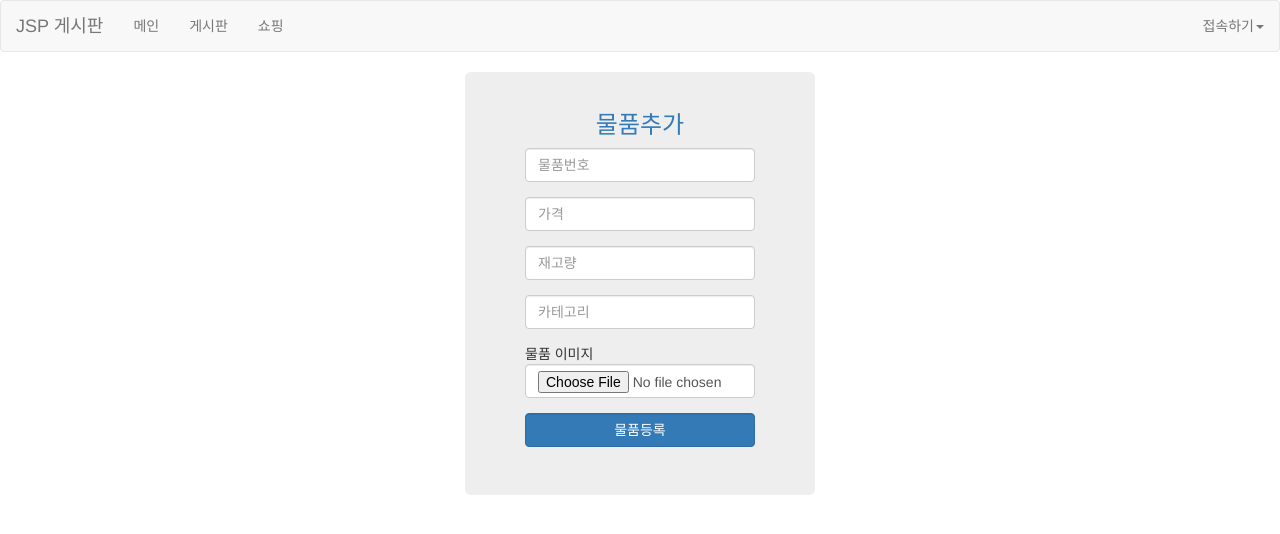
Repository: kingkingburger/webproject
Page: http://localhost/BBS/upload.jsp
An editor plug-in stored every save of this project. The page is shown before and after the next save, followed by the edit.
The browser window is 1280 px wide. The pictures show the whole page.
Some web libraries are served in a nearby version. The page is served by Tomcat 9. Other server files are loaded and not shown.

Above is the page before, as saved 2020-11-25 07:19:29.

### BBS/WebContent/upload.jsp
<%@ page language="java" contentType="text/html; charset=UTF-8"

	pageEncoding="UTF-8"%>

<!DOCTYPE html>

<html>

<head>

<meta http-equiv="Content-Type" content="text/html; charset=UTF-8">

<!-- 뷰포트 -->

<meta name="viewport" content="width=device-width" initial-scale="1">

<!-- 스타일시트 참조  -->

<link rel="stylesheet" href="css/bootstrap.min.css">

<title>jsp 게시판 웹사이트</title>

</head>

<body>
	<!-- 네비게이션  -->
	<nav class="navbar navbar-default">
		<div class="navbar-header">
			<button type="button" class="navbar-toggle collapsed"
				data-toggle="collapse" data-target="#bs-example-navbar-collapse-1"
				aria-expaned="false">
				<span class="icon-bar"></span> <span class="icon-bar"></span> <span
					class="icon-bar"></span>
			</button>
			<a class="navbar-brand" href="main.jsp">JSP 게시판</a>
		</div>
		<div class="collapse navbar-collapse"
			id="#bs-example-navbar-collapse-1">
			<ul class="nav navbar-nav">
				<li><a href="main.jsp">메인</a></li>
				<li><a href="bbs.jsp">게시판</a></li>
				<li><a href="ShopMallMain.jsp">쇼핑</a>
			</ul>
			<ul class="nav navbar-nav navbar-right">
				<li class="dropdown"><a href="#" class="dropdown-toggle"
					data-toggle="dropdown" role="button" aria-haspopup="true"
					aria-expanded="false">접속하기<span class="caret"></span></a>
					<ul class="dropdown-menu">
						<li ><a href="login.jsp">로그인</a></li>
						<li class="active"><a href="join.jsp">물품추가</a></li>



					</ul></li>

			</ul>

		</div>

	</nav>

	<!-- 로긴폼 -->

	<div class="container">
		<div class="col-lg-4"></div>
		<div class="col-lg-4">
			<!-- 점보트론 -->
			<div class="jumbotron" style="padding-top: 20px;">
				<!-- 로그인 정보를 숨기면서 전송post -->
				<form method="post" action="uploadAction.jsp" enctype="multipart/form-data" accept=".jpg,.jpeg,.png,.gif">
					<h3 style="text-align: center;"><a href="ShopMallMain.jsp">물품추가</a></h3>
					<div class="form-group">
						<input type="text" class="form-control" placeholder="물품번호"
							name="product_num" maxlength="20">
					</div>
					<div class="form-group">
						<input type="text" class="form-control" placeholder="가격"
							name="product_value" maxlength="20">
					</div>

					<div class="form-group">
						<input type="text" class="form-control" placeholder="재고량"
							name="product_amount" >
					</div>

					<div class="form-group">
						<input type="text" class="form-control" placeholder="카테고리"
							name="product_categoly" maxlength="50">
					</div>
					<div class="form-group">
						물품 이미지 <input type="file" class="form-control"
							name="product_image"  maxlength="50">
					</div>

					<input type="submit" class="btn btn-primary form-control"
						value="물품등록">
				</form>
			</div>
		</div>
	</div>

	<!-- 애니매이션 담당 JQUERY -->
	<script src="https://code.jquery.com/jquery-3.1.1.min.js"></script>
	<!-- 부트스트랩 JS  -->
	<script src="js/bootstrap.js"></script>



</body>

</html>

Loaded but not shown: BBS/WebContent/css/bootstrap.min.css (library); BBS/WebContent/js/bootstrap.js (library)

After the next save:
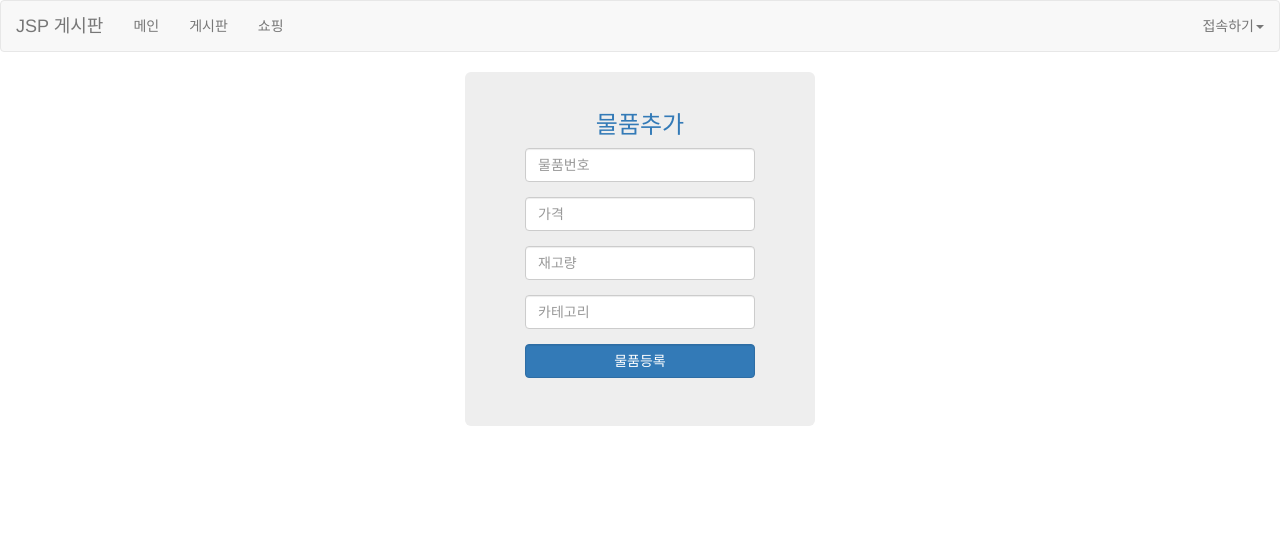
Saved 53 s later.
--- a/BBS/WebContent/upload.jsp
+++ b/BBS/WebContent/upload.jsp
@@ -87,10 +87,7 @@
 						<input type="text" class="form-control" placeholder="카테고리"
 							name="product_categoly" maxlength="50">
 					</div>
-					<div class="form-group">
-						물품 이미지 <input type="file" class="form-control"
-							name="product_image"  maxlength="50">
-					</div>
+
 
 					<input type="submit" class="btn btn-primary form-control"
 						value="물품등록">
